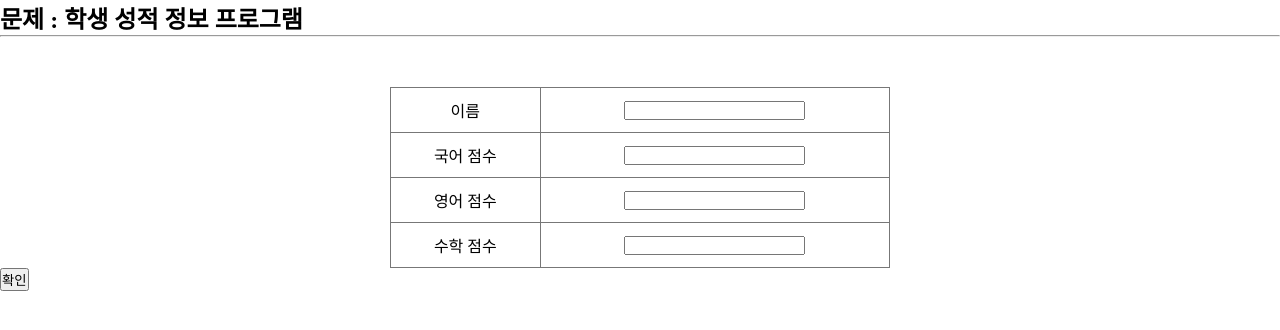
Repository: hyunh84/jsp_study
Page: http://localhost/Day02/j08_Quize01.jsp
These files come from the project's save history. The page is drawn as it stood at one moment and after the next save; the edit follows.
The browser window is 1280 px wide. The pictures show the whole page.
The page is served by Tomcat 9.

Above is the page before, as saved 2015-09-06 03:42:08.

After the next save:
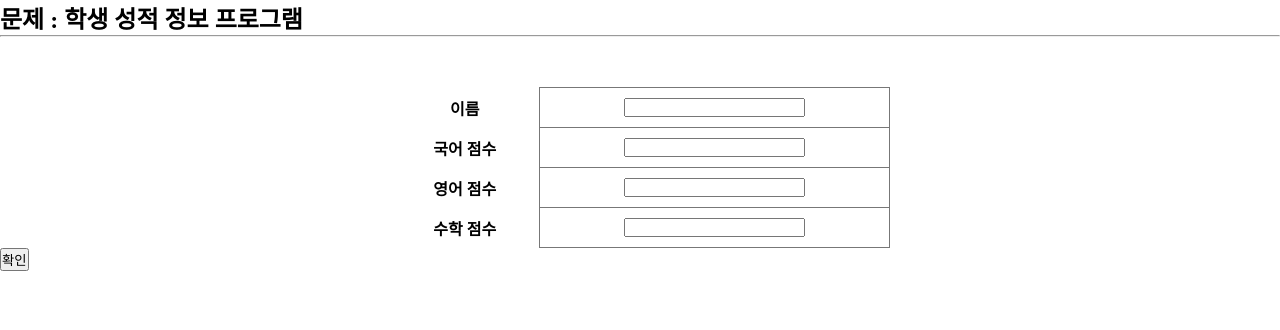
Saved 41 s later.
--- a/MyWorks/Day02/WebContent/j08_Quize01.jsp
+++ b/MyWorks/Day02/WebContent/j08_Quize01.jsp
@@ -40,19 +40,19 @@
 			</colgroup>
 			<tbody>
 				<tr>
-					<td>이름</td>
+					<th>이름</th>
 					<td><input type="text" name="name" /></td>
 				</tr>
 				<tr>
-					<td>국어 점수</td>
+					<th>국어 점수</th>
 					<td><input type="text" name="ko" /></td>
 				</tr>
 				<tr>
-					<td>영어 점수</td>
+					<th>영어 점수</th>
 					<td><input type="text" name="en" /></td>
 				</tr>
 				<tr>
-					<td>수학 점수</td>
+					<th>수학 점수</th>
 					<td><input type="text" name="math" /></td>
 				</tr>
 			</tbody>
